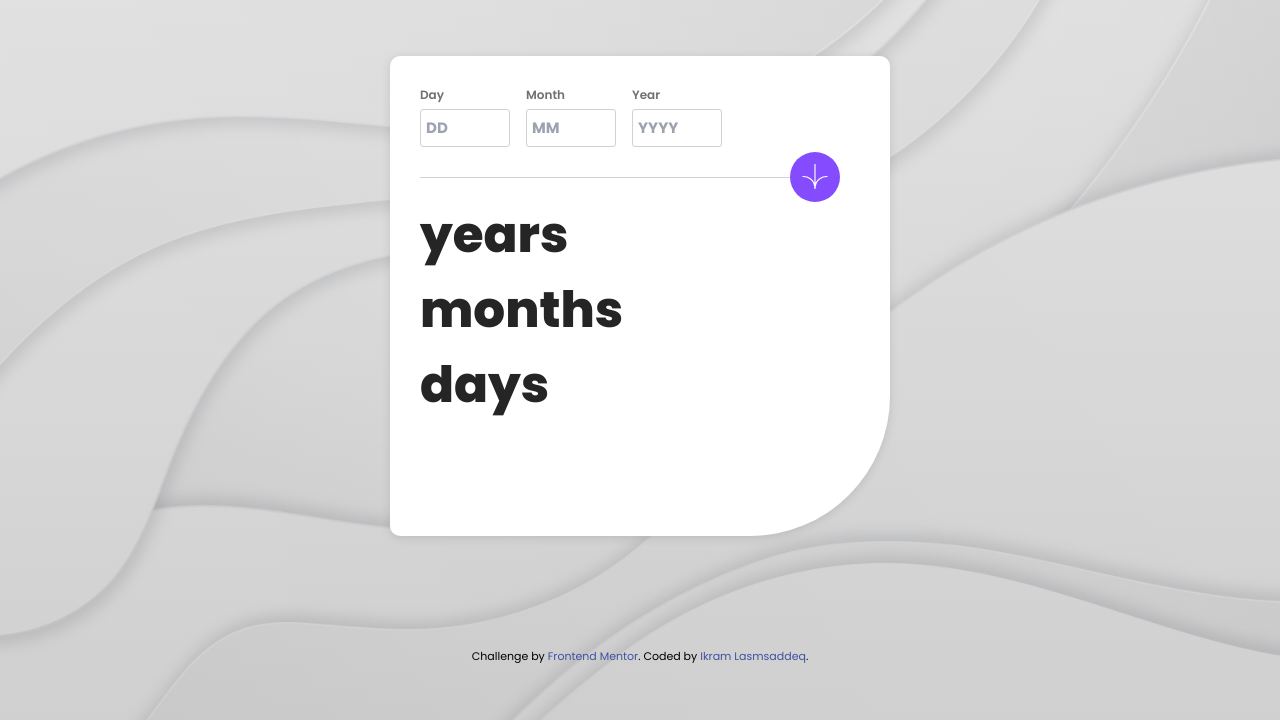
Repository: ikram-lisa/age-display
Page: /
These files come from the project's save history. The page is drawn as it stood at one moment and after the next save; the edit follows.
The browser window is 1280 px wide. The pictures show the whole page.
Some web libraries are served in a nearby version. The project was rebuilt for these pictures with package versions that can differ from the ones it lists, and the page was loaded fresh each time.

Above is the page before, as saved 2024-05-01 16:24:34.

### index.html
<!DOCTYPE html>
<html lang="en">
  <head>
    <meta charset="UTF-8" />
    <meta name="viewport" content="width=device-width, initial-scale=1.0" />
    <!-- displays site properly based on user's device -->
    <link href="https://cdn.tailwindcss.com" rel="stylesheet" />
    <!-- <link rel="stylesheet" href="./css/style.scss" /> -->
    <link
      rel="icon"
      type="image/png"
      sizes="32x32"
      href="./assets/images/favicon-32x32.png"
    />

    <title>Frontend Mentor | Age calculator app</title>
    <style>
      .attribution {
        font-size: 11px;
        text-align: center;
      }
      .attribution a {
        color: hsl(228, 45%, 44%);
      }
    </style>
  </head>
  <script type="module" src="script/script.js"></script>
  <body>
    <section class="calculator">
      <form id="form" action="">
        <div class="formInput active error">
          <label for="day">Day</label>
          <input
            type="text"
            class="day"
            id="day"
            type="number"
            name="day"
            placeholder="DD"
            required
          />
          <span class="error-message" style="color: red; display: none"
            >Invalid day</span
          >
        </div>

        <div class="formInput active error">
          <label for="month">Month</label>
          <input
            type="text"
            class="month"
            id="month"
            type="number"
            name="month"
            placeholder="MM"
            required
          />
          <span class="error-message" style="color: red; display: none"
            >Invalid month</span
          >
        </div>

        <div class="formInput active error">
          <label for="year">Year</label>
          <input
            type="text"
            class="year"
            id="year"
            type="number"
            name="year"
            placeholder="YYYY"
            required
          />
          <span class="error-message" style="color: red; display: none"
            >Invalid year</span
          >
        </div>
        <button class="submit" type="submit">
          <img src="./assets/images/icon-arrow.svg" alt="submit" />
        </button>
      </form>
      <hr class="separator" />
      <div class="result">
        <p class="years"><span></span>years</p>
        <p class="month"><span></span>months</p>
        <p class="days"><span></span>days</p>
      </div>
    </section>
    <footer>
      <div class="attribution">
        Challenge by
        <a href="https://www.frontendmentor.io?ref=challenge" target="_blank"
          >Frontend Mentor</a
        >. Coded by <a href="#">Ikram Lasmsaddeq</a>.
      </div>
    </footer>
  </body>
</html>

### script/script.js
import "../css/style.scss";

// const form = document.querySelector("#form");

// console.log("Form:", form);

// form.addEventListener("submit", onFormSubmit);

// function onFormSubmit(e) {
//   e.preventDefault();
//   const data = new FormData(e.target);
//   const year = data.get("year");
//   const month = data.get("month");
//   const day = data.get("day");

//   const yearsSpan = document.querySelector(".years span");
//   const monthsSpan = document.querySelector(".month span");
//   const daysSpan = document.querySelector(".days span");

//   yearsSpan.textContent = year.trim() === "" ? "--" : year;
//   monthsSpan.textContent = month.trim() === "" ? "--" : month;q
//   daysSpan.textContent = day.trim() === "" ? "--" : day;
// }

document.addEventListener("DOMContentLoaded", function () {
  const form = document.querySelector("#form");
  const inputs = document.querySelectorAll("#form input[type='number']");

  inputs.forEach((input) => {
    input.addEventListener("input", function () {
      // Remove previous error messages and styles
      this.classList.remove("error");
      const errorSpan = this.parentNode.querySelector(".error-message");
      errorSpan.style.display = "none";

      // Add active class
      this.classList.add("active");

      // Validate the input
      if (!validateInput(this)) {
        this.classList.add("error");
        this.classList.remove("active");
        errorSpan.style.display = "block"; // Show error message
      }
    });
  });

  form.addEventListener("submit", function (e) {
    e.preventDefault();
    let isValid = true;

    inputs.forEach((input) => {
      if (!validateInput(input)) {
        input.classList.add("error");
        input.parentNode.querySelector(".error-message").style.display =
          "block";
        isValid = false;
      }
    });

    if (isValid) {
      // Handle successful validation
      console.log("Form valid, submitting data or updating interface.");
    } else {
      console.log("Validation errors, please check the form.");
    }
  });
});

function validateInput(input) {
  const name = input.name;
  const value = input.value;
  switch (name) {
    case "day":
      return value >= 1 && value <= 31;
    case "month":
      return value >= 1 && value <= 12;
    case "year":
      return (
        value.length === 4 && value >= 1900 && value <= new Date().getFullYear()
      );
    default:
      return false;
  }
}

### css/style.scss
@use "./base/variable" as *;
@use "./base/font.scss" as *;

@tailwind base;
@tailwind components;
@tailwind utilities;

* {
  margin: 0;
  padding: 0;
  box-sizing: border-box;
}
body {
  height: 100vh;
  background: linear-gradient(
      rgba(196, 196, 196, 0.5),
      rgba(161, 161, 161, 0.5)
    ),
    url("../images/background.jpg");
  background-size: cover;
  background-position: center;
  background-repeat: no-repeat;
  font-size: 32px;
  font-family: "Poppins", sans-serif;
  display: grid;
  place-items: center;
}
.calculator {
  width: 40%;
  min-width: 480px;
  max-width: 500px;
  height: 480px;
  background-color: white;
  border-radius: 10px 10px 140px 10px;
  box-shadow: rgba(99, 99, 99, 0.2) 0px 2px 8px 0px;
  position: relative;
  display: flex;
  flex-direction: column;
  padding: 30px;
  #form {
    display: flex;
    flex-wrap: wrap;
    margin-bottom: 30px;
    gap: 16px;
    .formInput {
      display: flex;
      flex-direction: column;

      label {
        font-size: 12px;
        font-weight: 600;
        margin-bottom: 5px;
        color: $smokeyGrey;
      }
      input[type="text"] {
        border: 1px solid rgb(209, 209, 209);
        border-radius: 3px;
        padding: 7px 5px;
        outline: none;
        font-weight: bold;
        font-size: 15px;
        width: 90px;
      }
      .error,
      .error-message {
        label {
          color: $lightRed;
        }
        input[type="text"]:invalid {
          border: 1px solid $lightRed;
          color: $lightRed;
        }
        input[type="text"] {
          border: 1px solid $lightRed;
          color: $lightRed;
        }
      }
      .active {
        input[type="text"]:valid {
          border: 1px solid $purple;
          color: $purple;
        }
        input[type="text"] {
          border: 1px solid $purple;
          color: $purple;
        }
      }
    }
    .submit {
      width: 50px;
      height: 50px;
      border-radius: 50%;
      display: flex;
      justify-content: center;
      align-items: center;
      background-color: $purple;
      color: white;
      border: none;
      padding: 10px;
      position: absolute;
      top: 20%;
      right: 10%;
      cursor: pointer;
      transition: all 0.3s;

      &:hover {
        background-color: darken($purple, 10%);
      }
      img {
        width: 25px;
        height: 25px;
        display: block;
        min-width: 30px;
      }
    }
  }

  .separator {
    width: 90%;
    height: 1px;
    background-color: rgb(209, 209, 209);
    border: none;
  }
  .result {
    margin-top: 20px;
    .years,
    .month,
    .days {
      font-size: 50px;
      color: #252525;
      font-weight: 800;
      span {
        color: $purple;
      }
    }
  }
}

@media (max-width: 530px) {
  body {
    font-size: 24px; // Smaller font size for smaller devices
  }
  .calculator {
    padding: 15px; // Less padding for tighter spaces
  }
  .submit {
    top: 20%; // Adjusting position to fit smaller screens
    right: 5%; // More margin space
  }
}
@media (max-width: 375px) {
}

@media (max-width: 768px) {
  .calculator {
    width: 80%; // Increasing width on smaller screens
    min-width: 300px; // Adjusted min-width
  }
}
@media (max-width: 1440px) {
}

### css/base/_variable.scss
// Primary

$purple: hsl(259, 100%, 65%);
$lightRed: hsl(0, 100%, 67%);

// Neutral

$white: hsl(0, 0%, 100%);
$offWhite: hsl(0, 0%, 94%);
$lightGrey: hsl(0, 0%, 86%);
$smokeyGrey: hsl(0, 1%, 44%);
$offBlack: hsl(0, 0%, 8%);

### css/base/_font.scss
@import url("https://fonts.googleapis.com/css2?family=Montserrat:ital,wght@0,100..900;1,100..900&family=Open+Sans:ital,wght@0,400;0,600;0,700;0,800;1,400;1,700;1,800&family=Poppins:ital,wght@0,200;0,300;0,400;0,500;0,600;0,700;0,800;0,900;1,100;1,200;1,300;1,400;1,500;1,600;1,700;1,800;1,900&display=swap");

Loaded but not shown: tailwind.config.js (1075 lines, source omitted)

After the next save:
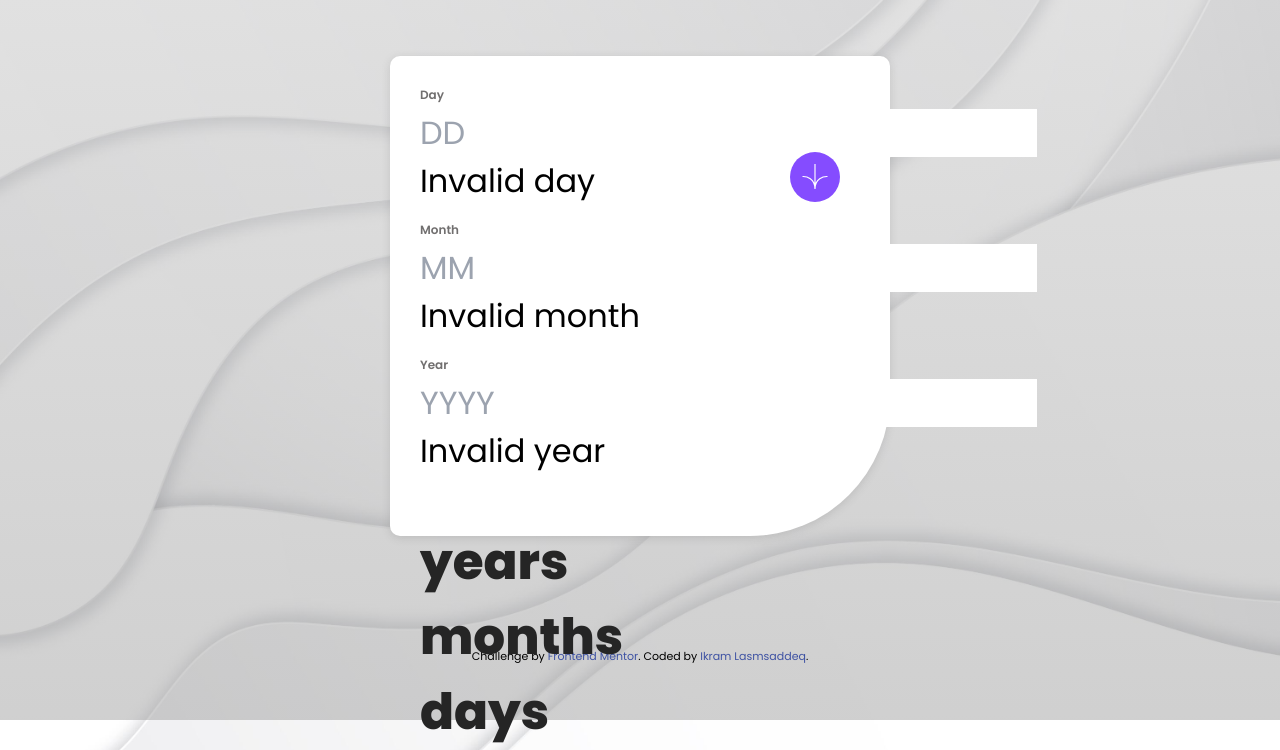
Saved 3 min 11 s later.
--- a/index.html
+++ b/index.html
@@ -31,7 +31,6 @@
         <div class="formInput active error">
           <label for="day">Day</label>
           <input
-            type="text"
             class="day"
             id="day"
             type="number"
@@ -39,15 +38,12 @@
             placeholder="DD"
             required
           />
-          <span class="error-message" style="color: red; display: none"
-            >Invalid day</span
-          >
+          <span class="error-message">Invalid day</span>
         </div>
 
         <div class="formInput active error">
           <label for="month">Month</label>
           <input
-            type="text"
             class="month"
             id="month"
             type="number"
@@ -55,15 +51,12 @@
             placeholder="MM"
             required
           />
-          <span class="error-message" style="color: red; display: none"
-            >Invalid month</span
-          >
+          <span class="error-message">Invalid month</span>
         </div>
 
         <div class="formInput active error">
           <label for="year">Year</label>
           <input
-            type="text"
             class="year"
             id="year"
             type="number"
@@ -71,9 +64,7 @@
             placeholder="YYYY"
             required
           />
-          <span class="error-message" style="color: red; display: none"
-            >Invalid year</span
-          >
+          <span class="error-message">Invalid year</span>
         </div>
         <button class="submit" type="submit">
           <img src="./assets/images/icon-arrow.svg" alt="submit" />

After the save that followed:
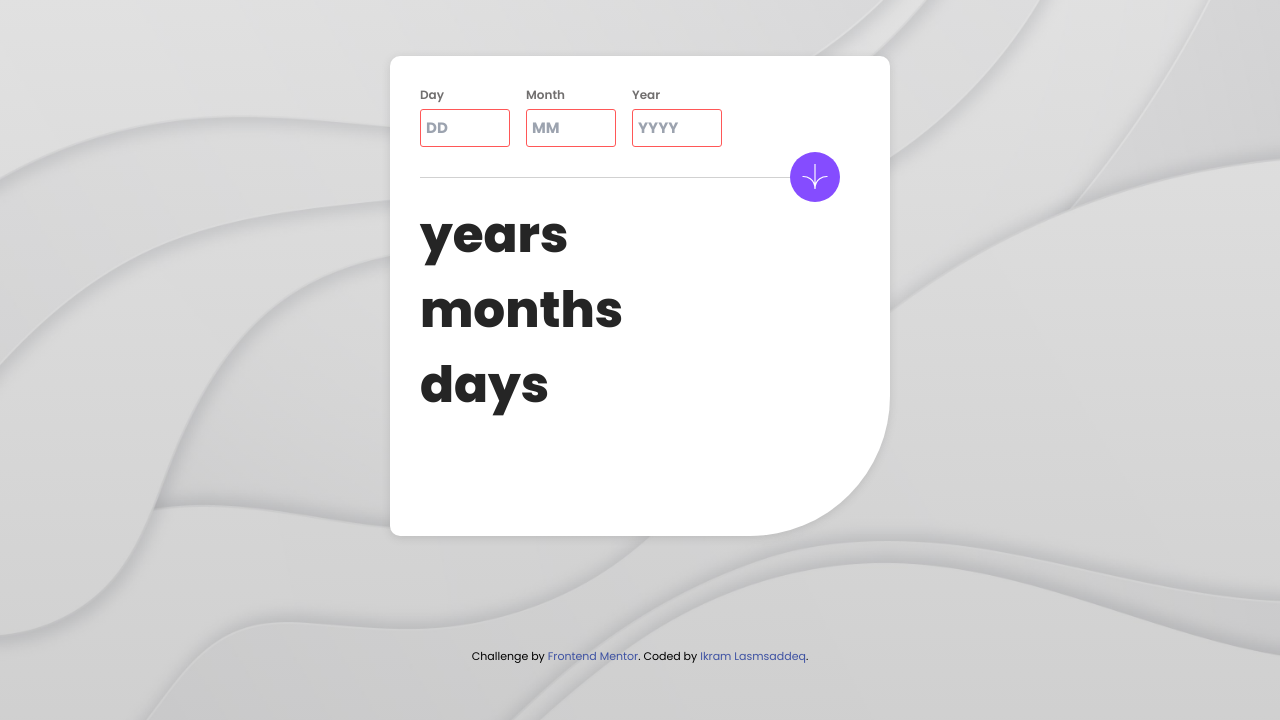
Saved 54 s later.
--- a/css/style.scss
+++ b/css/style.scss
@@ -42,17 +42,18 @@ body {
     flex-wrap: wrap;
     margin-bottom: 30px;
     gap: 16px;
+
     .formInput {
       display: flex;
       flex-direction: column;
-
       label {
         font-size: 12px;
         font-weight: 600;
         margin-bottom: 5px;
         color: $smokeyGrey;
       }
-      input[type="text"] {
+
+      input[type="number"] {
         border: 1px solid rgb(209, 209, 209);
         border-radius: 3px;
         padding: 7px 5px;
@@ -60,30 +61,22 @@ body {
         font-weight: bold;
         font-size: 15px;
         width: 90px;
-      }
-      .error,
-      .error-message {
-        label {
-          color: $lightRed;
+
+        // Define valid and invalid styles directly
+        &:valid {
+          border: 1px solid $purple;
+          color: $purple;
         }
-        input[type="text"]:invalid {
-          border: 1px solid $lightRed;
-          color: $lightRed;
-        }
-        input[type="text"] {
+        &:invalid {
           border: 1px solid $lightRed;
           color: $lightRed;
         }
       }
-      .active {
-        input[type="text"]:valid {
-          border: 1px solid $purple;
-          color: $purple;
-        }
-        input[type="text"] {
-          border: 1px solid $purple;
-          color: $purple;
-        }
+
+      .error-message {
+        display: none;
+        color: $lightRed;
+        font-size: 0.8em;
       }
     }
     .submit {
